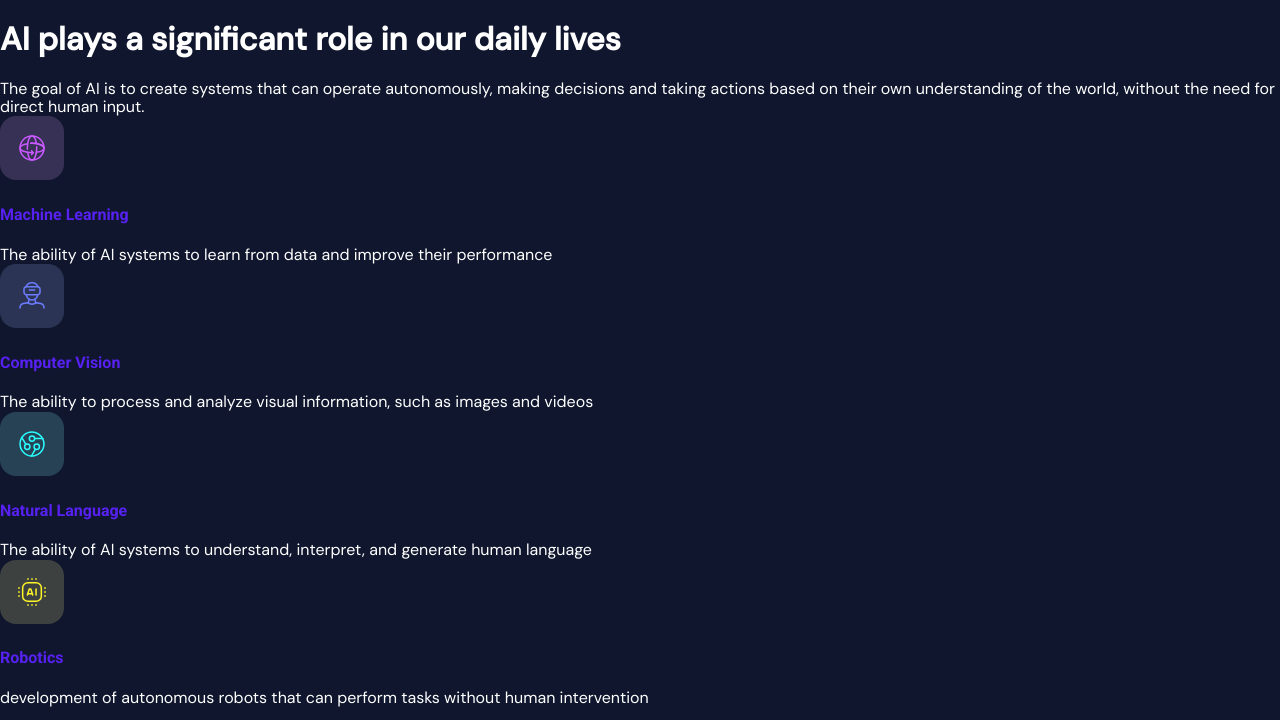
Repository: alphatra/INVO-Academy
Page: / (app in [lvl 1] Sekcja 4 obszarów AI/Starter-code/)
These files come from the project's save history. The page is drawn as it stood at one moment and after the next save; the edit follows.
The browser window is 1280 px wide. The pictures show the whole page.
The project was rebuilt for these pictures with package versions that can differ from the ones it lists, and the page was loaded fresh each time.

Above is the page before, as saved 2023-03-09 19:29:35.
Console error: TypeError: Cannot read properties of null (reading 'addEventListener')

### [lvl 1] Sekcja 4 obszarów AI/Starter-code/index.html
<!DOCTYPE html>
<html lang="en">

<head>
  <meta charset="UTF-8" />
  <link rel="icon" type="image/svg+xml" href="/vite.svg" />
  <meta name="viewport" content="width=device-width, initial-scale=1.0" />
  <title>INVO Academy JS Starter with Vite</title>
</head>

<!-- In order to start your challenge, remove all the content inside <div id="home-page"></div> and start coding :) -->

<body>
  <main>
    <section class="header">
      <div class="header__text">
        <h1>AI plays a significant role in our daily lives</h1>
        <span>The goal of AI is to create systems that can operate
          autonomously, making decisions and taking actions based on
          their own understanding of the world, without the need for direct human input.</span>
      </div>
    </section>

    <section class="categories">

      <div class="categories__category">
        <div class="categories__image">
          <img src="/public/images/ML.svg" alt="Machine Learning">
        </div>
        <h4>Machine Learning</h4>
        <span>The ability of AI systems to learn from data and improve their performance</span>
      </div>
      <div class="categories__category">
        <div class="categories__image">
          <img src="/public/images/CV.svg" alt="Computer Vision">
        </div>
        <h4>Computer Vision</h4>
        <span>The ability to process and analyze visual information, such as images and videos</span>
      </div>
      <div class="categories__category">
        <div class="categories__image">
          <img src="/public/images/NL.svg" alt="Natural Language">
        </div>
        <h4>Natural Language</h4>
        <span> The ability of AI systems to understand, interpret, and generate human language</span>
      </div>
      <div class="categories__category">
        <div class="categories__image">
          <img src="/public/images/AI.svg" alt="Robotics">
        </div>
        <h4>Robotics</h4>
        <span>development of autonomous robots that can perform tasks without human intervention</span>
      </div>
    </section>
  </main>


  <script type="module" src="/src/global-scripts/main.js"></script>
  <script type="module" src="/src/pages/home-page/scripts/home-page.js"></script>
</body>

</html>

### [lvl 1] Sekcja 4 obszarów AI/Starter-code/src/pages/home-page/scripts/home-page.js
/// Homepage JavaScript File
/// Here we import all the JavaScript files we need for our homepage.

import '../styles/home-page.scss'

import { setupCounter } from '../../../global-scripts/scripts/counter/counter.js'

setupCounter(document.querySelector('#counter'))

### [lvl 1] Sekcja 4 obszarów AI/Starter-code/src/global-styles/style.scss
/// Main Styles File
/// Here we import all the global Styles files we need for our project.

@import "styles/normalize.scss";
@import "styles/root.scss";
@import "styles/fonts.scss";

body {
  font-family: 'Roboto', sans-serif;
  color: var(--color-primary);
}

p {
  color: var(--color-on-surface);
}

### [lvl 1] Sekcja 4 obszarów AI/Starter-code/src/pages/home-page/styles/home-page.scss
    /// Homepage Styles File
    /// Here we import all the Styles files we need for our Homepage.

    body {
        background-color: #0F162D;
    }

    h1,
    p,
    span {
        font-family: 'DM Sans', sans-serif;
        color: white;
    }

    .hero {
        margin-top: 12%;
        padding: 0 4%;
        display: flex;
        align-items: flex-start;

        .header {
            margin-right: auto;

            &__text {
                margin-right: 3em;
                padding: 0 10%;

                h1 {
                    margin-block-start: 0;
                    font-size: 48px;
                    line-height: 56px;
                    font-weight: 500;
                    letter-spacing: -0.002em;
                    margin-bottom: 24px
                }

                span {
                    font-size: 16px;
                    line-height: 24px;
                    font-weight: 400;
                }

            }
        }

        .categories {
            display: grid;
            margin-right: 5%;
            grid-template-columns: repeat(2, minmax(45%, 1fr));
            column-gap: 4%;
            row-gap: 5%;
            text-align: center;

            &__category {
                background: #272D42;
                border-radius: 24px;
                color: white;
                padding-top: 24px;
                padding-bottom: 24px;
                padding-left: 16px;
                padding-right: 16px;
                transition: box-shadow 0.2s ease-in-out;

                * {}

                h4 {
                    font-size: 20px;
                    line-height: 0px;
                    font-weight: 500;
                }

                span {
                    font-size: 16px;
                    line-height: 24px;
                    font-weight: 400;
                    opacity: 0.5;
                }
            }

            &__category:hover {
                box-shadow: 0 0 10px #fff, 0 0 20px #fff, 0 0 40px #0F162D, 0 0 60px #0F162D;
            }
        }

        @media screen and (max-width: 834px) {
            main {
                display: grid;
                gap: 5%;
                margin-top: 30%;
                padding: 0 20%;
            }

            .header {
                margin-right: 0;

                &__text {
                    margin-right: 0;
                    padding: 0;
                }
            }

            .categories {
                margin-right: auto;

            }
        }

        @media screen and (max-width: 375px) {
            main {
                margin-top: 14%;
                gap: 2%;
                display: grid;
                flex-direction: column;
                padding: 0 5%;
            }

            .header {
                &__text {
                    h1 {
                        font-size: 32px;
                        line-height: 40px;
                    }

                    span {
                        font-size: 16px;
                        line-height: 24px;
                    }
                }
            }

            .categories {
                grid-template-columns: repeat(1, 100%);
                row-gap: 3%;
            }

        }
    }

### [lvl 1] Sekcja 4 obszarów AI/Starter-code/src/global-scripts/scripts/counter/counter.js
/// Sample js file for demo purposes
/// Remember to always export your functions
/// so that they can be used in other files

export function setupCounter(element) {
  let counter = 0
  const setCounter = (count) => {
    counter = count
    element.innerHTML = `script test - count is ${counter}`
  }
  element.addEventListener('click', () => setCounter(counter + 1))
  setCounter(0)
}

### [lvl 1] Sekcja 4 obszarów AI/Starter-code/src/global-styles/styles/root.scss
/// Root Styles file
/// Here we define all the root variables we need for our project.
/// For examples see Material Design color system: https://m2.material.io/design/color/the-color-system.html

:root {
    --color-primary: #5721f2;
    --color-on-surface: #000;
}

### [lvl 1] Sekcja 4 obszarów AI/Starter-code/src/global-styles/styles/fonts.scss
/// Main Fonts File
/// Here we import all the fonts files we need for our project.

@import url('https://fonts.googleapis.com/css2?family=Roboto:ital,wght@0,100;0,300;0,400;0,500;0,700;0,900;1,100;1,300;1,400;1,500;1,700;1,900&display=swap');
@import url('https://fonts.googleapis.com/css2?family=DM+Sans:wght@400;500&display=swap');

Loaded but not shown: [lvl 1] Sekcja 4 obszarów AI/Starter-code/src/global-scripts/main.js (common file); [lvl 1] Sekcja 4 obszarów AI/Starter-code/src/global-styles/styles/normalize.scss (common file)

After the next save:
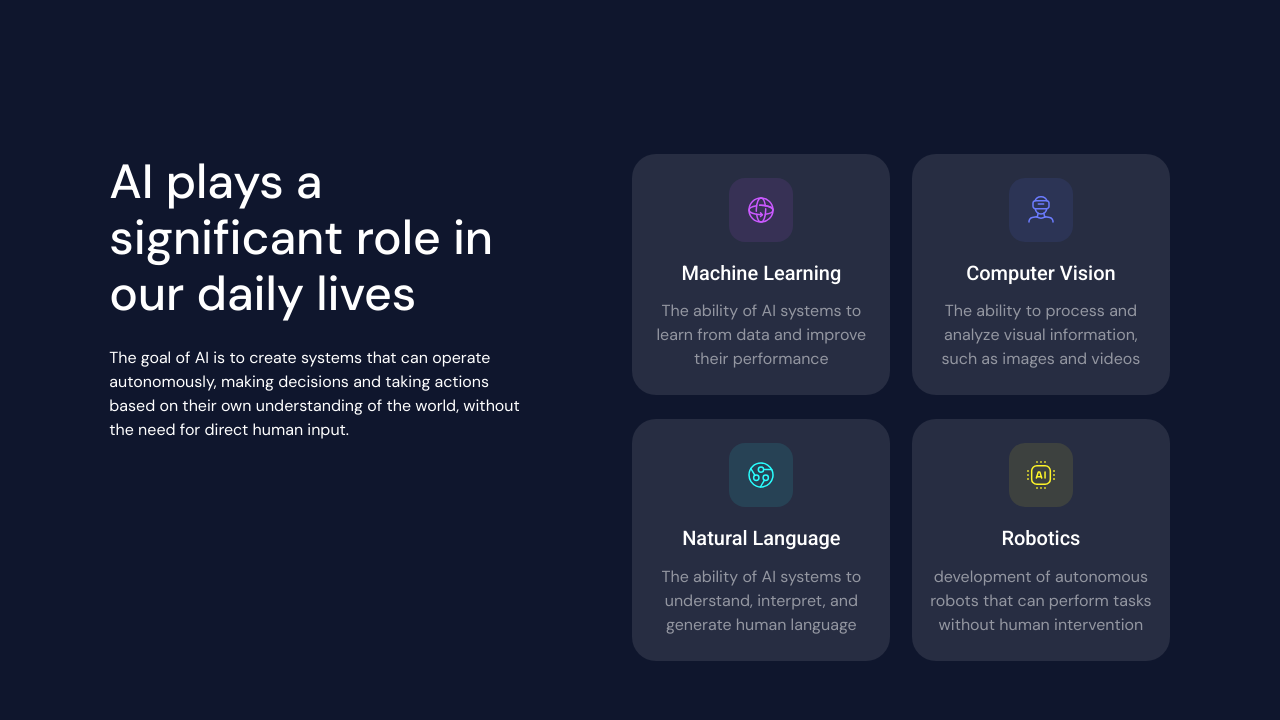
Saved 11 s later.
--- a/[lvl 1] Sekcja 4 obszarów AI/Starter-code/index.html
+++ b/[lvl 1] Sekcja 4 obszarów AI/Starter-code/index.html
@@ -11,17 +11,17 @@
 <!-- In order to start your challenge, remove all the content inside <div id="home-page"></div> and start coding :) -->
 
 <body>
-  <main>
-    <section class="header">
+  <section class="hero">
+    <div class="hero__header">
       <div class="header__text">
         <h1>AI plays a significant role in our daily lives</h1>
         <span>The goal of AI is to create systems that can operate
           autonomously, making decisions and taking actions based on
           their own understanding of the world, without the need for direct human input.</span>
       </div>
-    </section>
+    </div>
 
-    <section class="categories">
+    <div class="categories">
 
       <div class="categories__category">
         <div class="categories__image">
@@ -51,8 +51,8 @@
         <h4>Robotics</h4>
         <span>development of autonomous robots that can perform tasks without human intervention</span>
       </div>
-    </section>
-  </main>
+    </div>
+  </section>
 
 
   <script type="module" src="/src/global-scripts/main.js"></script>
